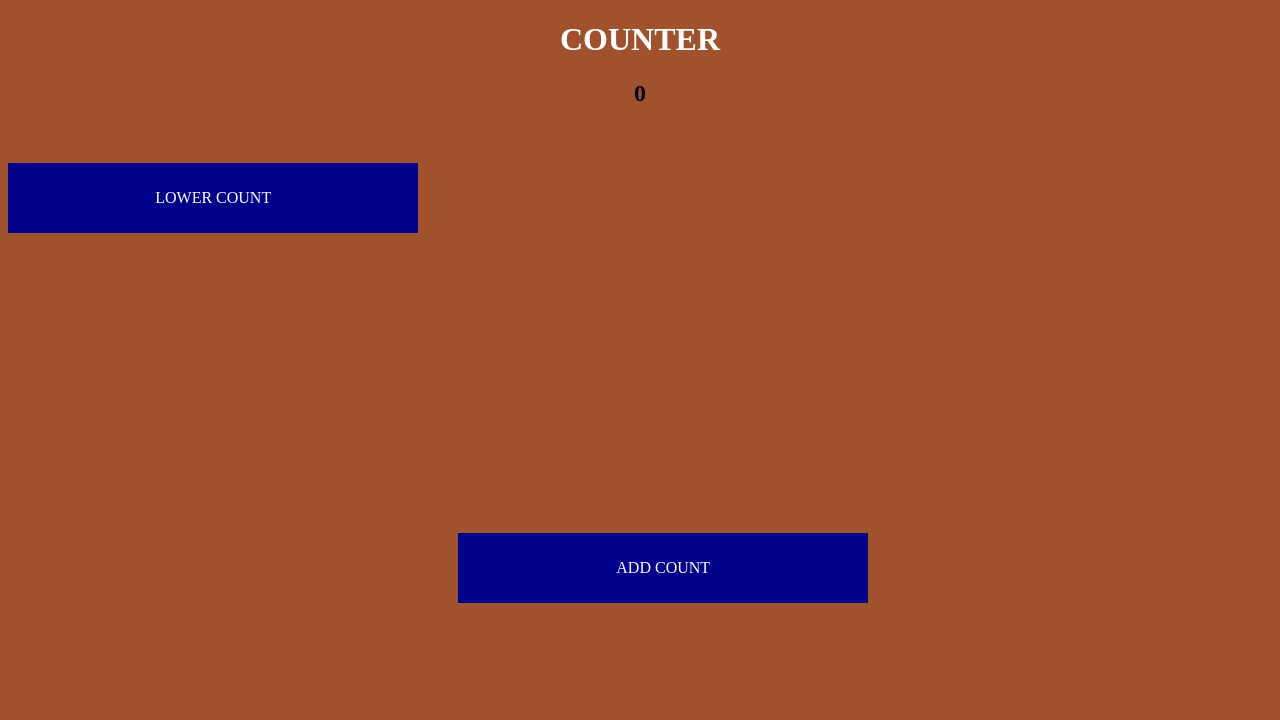
Repository: Seryozha02/Calculator
Page: calculator.html
The author's editor kept a copy of each file at every save. The page is drawn from the files as they stood at one save, then again after the next save.
The browser window is 1280 px wide. The pictures show the whole page.

Above is the page before, as saved 2022-02-14 17:03:22.

### calculator.html
<!DOCTYPE html>
<html lang="en">

<head>
    <meta charset="UTF-8">
    <meta http-equiv="X-UA-Compatible" content="IE=edge">
    <meta name="viewport" content="width=4, initial-scale=1.0">
    <link rel="stylesheet" href="./calculator.css">
    <title>Calculator</title>
</head>

<body>
    <h1>COUNTER</h1>
    <strong><h2>0</h2></strong>
    <br><br>
    <div class="row">
        <div class="column1">
            <div class="card">
                <p><i class="fa fa-user"></i></p>
                <p>LOWER COUNT</p>
            </div>
        </div>

        <div class="column2">
            <div class="card">
                <p><i class="fa fa-smile-o"></i></p>
                <p>ADD COUNT</p>
            </div>
        </div>
    </div>
</body>
<script src="./calculator.js"></script>
</body>

</html>

### calculator.css
h1 {
    color: white;
}
html{
    background-color: sienna;
}

h2{
    height:
}

* {
    box-sizing: border-box;
}

body {
    text-align: center;
}

/* Float columns */
.column1 {
    float: left;
    width: 33%;
    padding: 0 5px;
}

.row {
    margin: 0 -5px;
}

.row:after {
    content: "";
    display: table;
}


.column2 {
    float: left;
    width: 33%;
    padding: 0 5px;
    margin-left: 450px;
    margin-top: 300px;
}

.row {
    margin: 0 -5px;
}

.row:after {
    content: "";
    display: table;
}

/* Style the cards */
.card {
    padding: 10px;
    text-align: center;
    background-color: darkblue;
    color: white;
    }

.card:hover {
    transform: scale(1.1);
    background-color: black;
    transition-duration: 2s;
    color: white;
}

.fa {
    font-size: 50px;
}

Loaded but not shown: calculator.js (no copy from this time; the picture is the same without it)

After the next save:
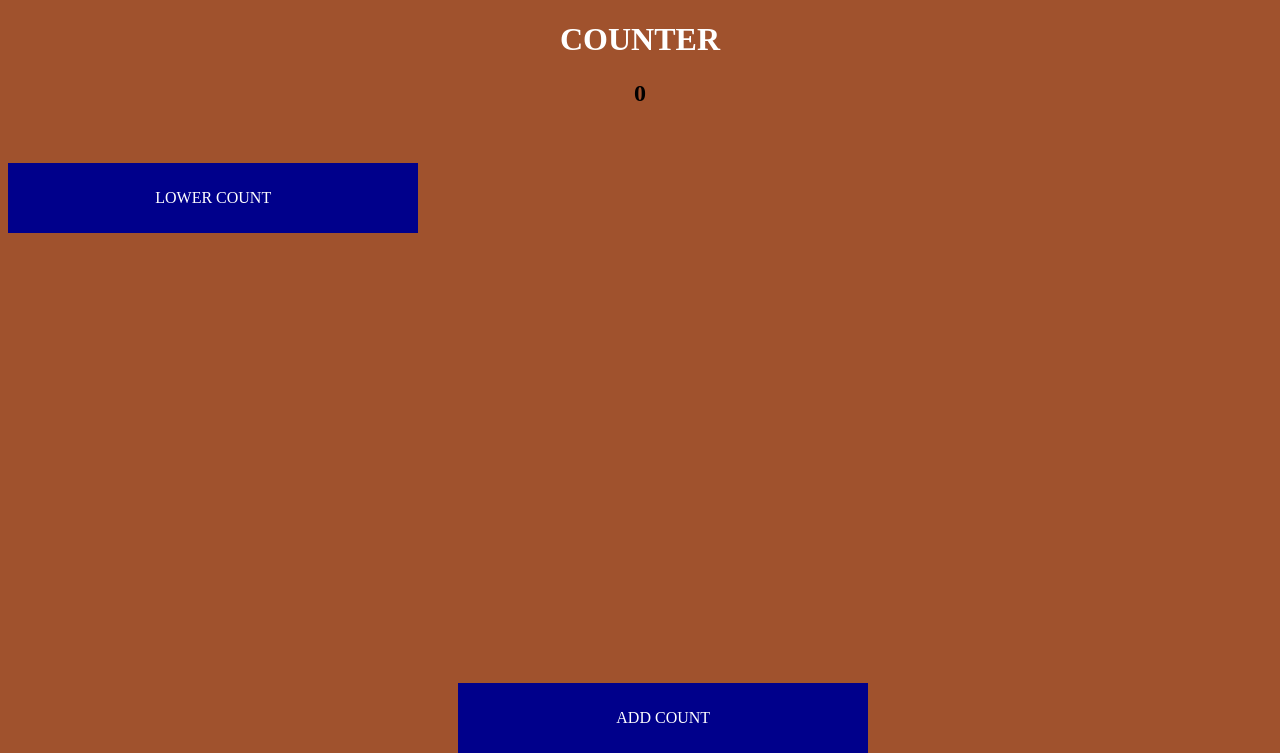
Saved 4 s later.
--- a/calculator.css
+++ b/calculator.css
@@ -39,7 +39,7 @@ body {
     width: 33%;
     padding: 0 5px;
     margin-left: 450px;
-    margin-top: 300px;
+    margin-top: 450px;
 }
 
 .row {
